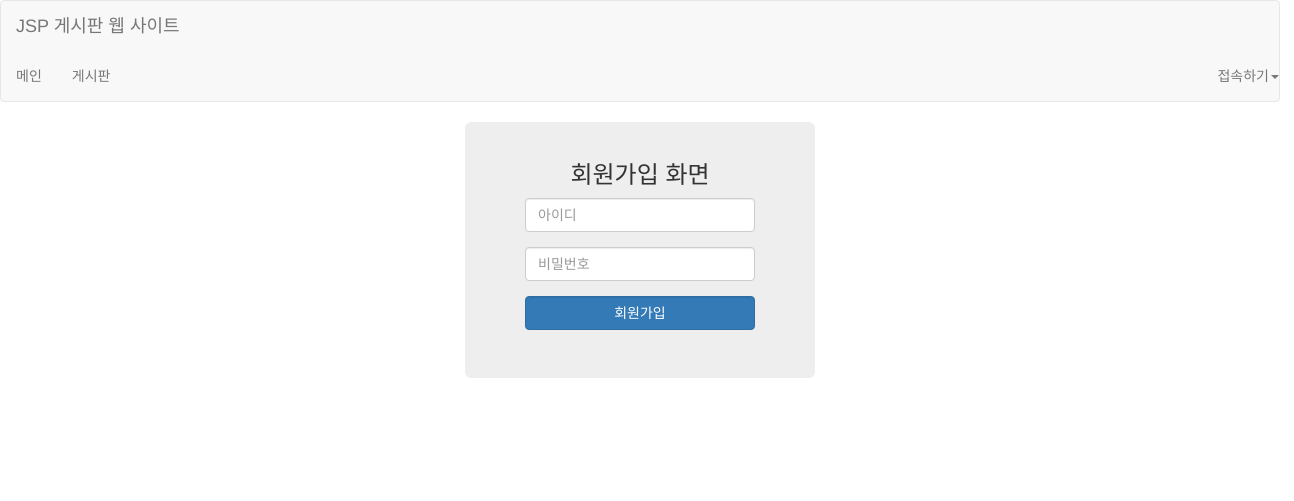
Repository: jeeyune/JSP-Bulletin-Board
Page: http://localhost/BBS/join.jsp
An editor plug-in stored every save of this project. The page is shown before and after the next save, followed by the edit.
The browser window is 1280 px wide. The page is 1294 px wide, so the pictures cover 1294 px, including what lies to the right of the window. The pictures show the whole page.
The page is served by Tomcat 9.

Above is the page before, as saved 2020-01-12 06:49:19.

After the next save:
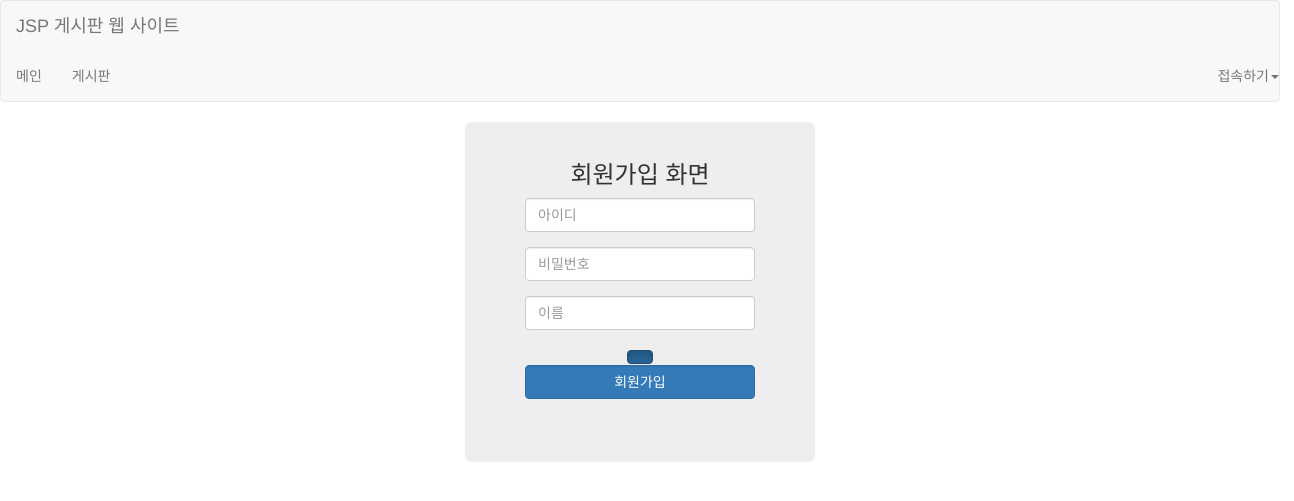
Saved 4 min 28 s later.
--- a/projects/BBS/WebContent/join.jsp
+++ b/projects/BBS/WebContent/join.jsp
@@ -48,6 +48,13 @@
 					<div class="form-group">
 						<input type="password" class="form-control" placeholder="비밀번호" name="userPassword" maxlength="20">
 					</div>
+					<div class="form-group">
+						<input type="text" class="form-control" placeholder="이름" name="userName" maxlength="20">
+					</div>
+					<div class="form-group" style="text-align: center;">
+						<div class="btn-group" data-toggle="buttons">
+							<label class="btn btn-primary active"></label>
+					</div>
 					<input type="submit" class="btn btn-primary form-control" value="회원가입">
 				</form>
 			</div>
